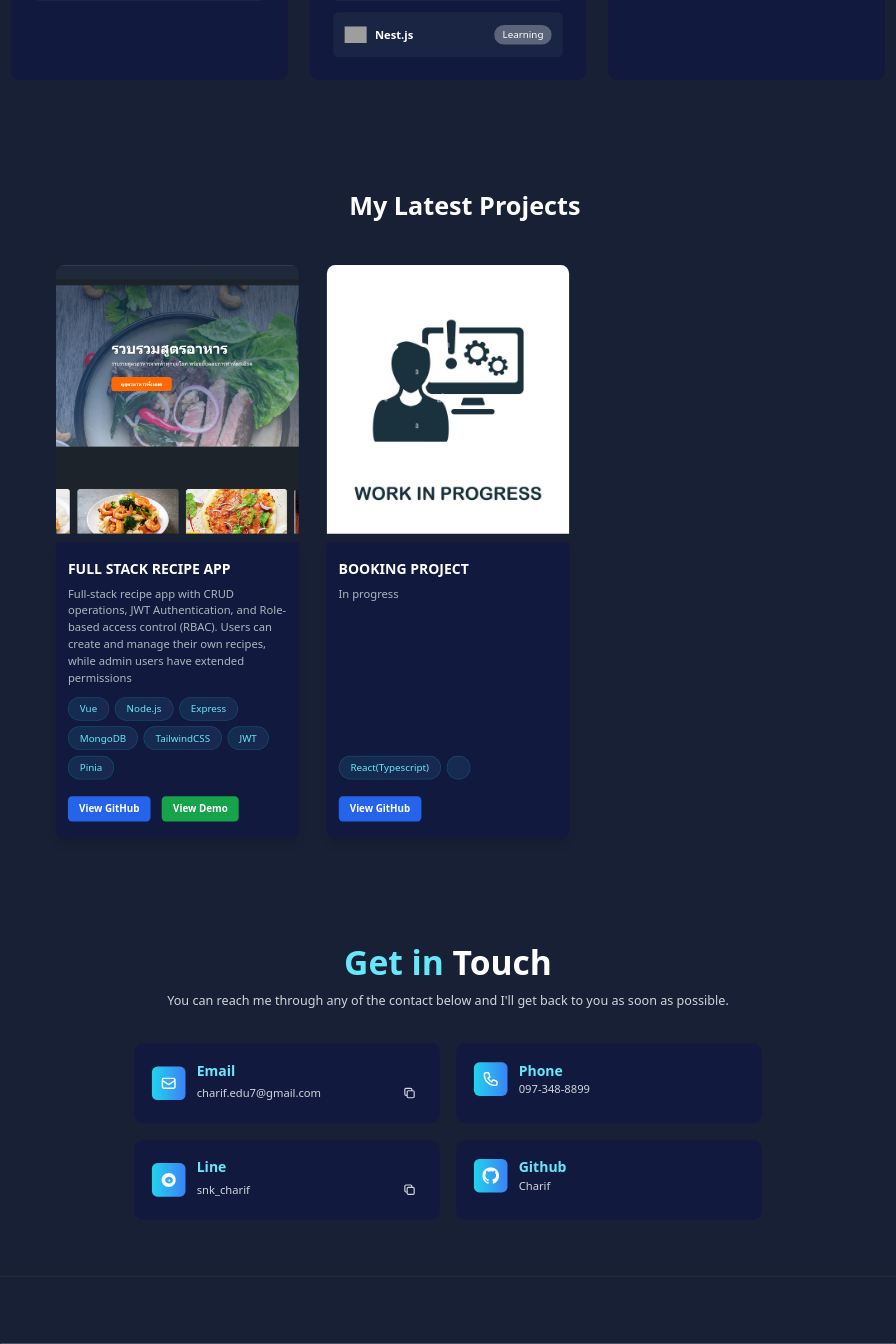
Repository: Charifx7/MyPortfolio
Page: /
These files come from the project's save history. The page is drawn as it stood at one moment and after a run of saves; the edit follows.
The browser window is 1280 px wide. The pictures show the part of the page from y = 1592 to 3512 px (the page is 3512 px tall), at 70% of full size.
Pictures or frames that could not be fetched are drawn as grey boxes. The project was rebuilt for these pictures with package versions that can differ from the ones it lists, and the page was loaded fresh each time. Also part of the build but not shown: vite.config.js.

Above is the page before, as saved 2026-02-14 10:50:56.

After the next 3 saves:
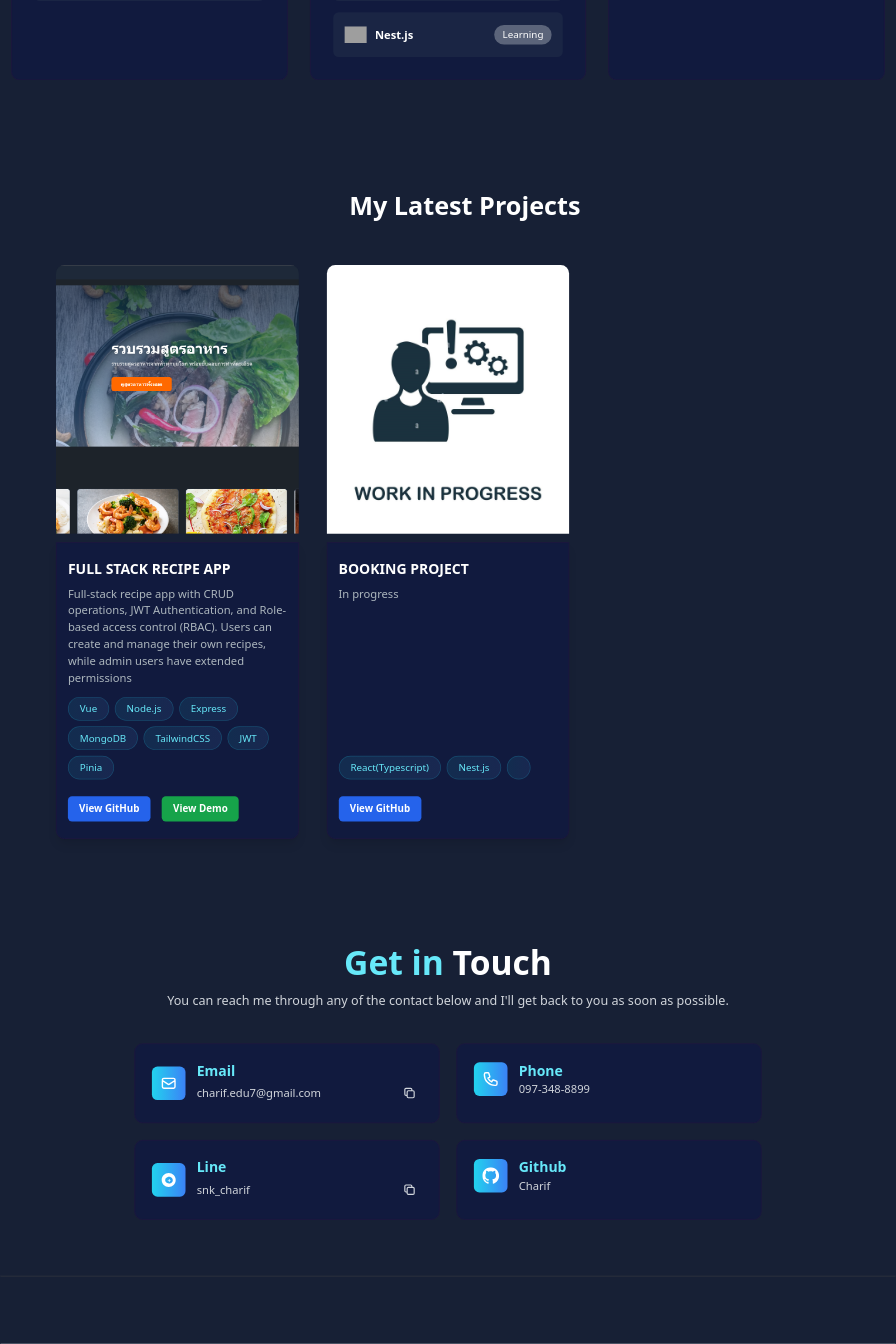
The 3 saves are shown as one change because they came seconds apart.
The last was saved 28 s later.
--- a/src/components/LatestProjSection.vue
+++ b/src/components/LatestProjSection.vue
@@ -65,7 +65,7 @@ const Projects = ref([
         image: '/assets/project0.jpg',
         title: 'Booking Project',
         description: 'In progress',
-        technologies: ['React(Typescript)', ''],
+        technologies: ['React(Typescript)', 'Nest.js',''],
         gitURL: 'https://github.com/Charifx7',
         webURL: ''
     },
